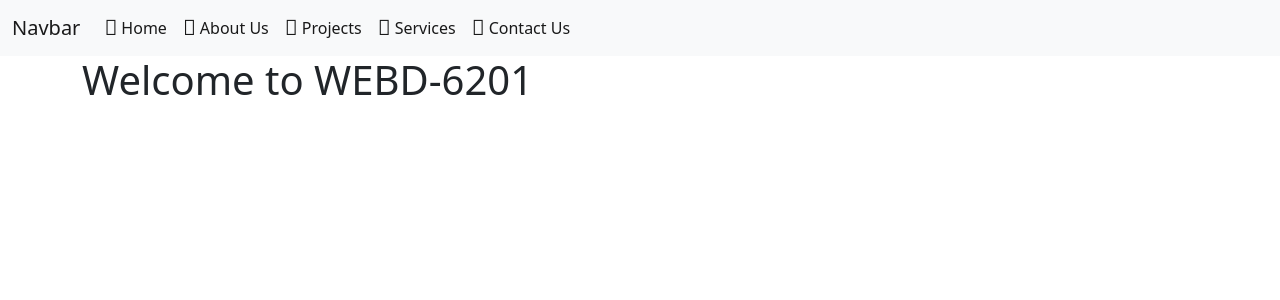
Repository: CKM206/WEBD6201-W2021---ICE1
Page: index.html
These files come from the project's save history. The page is drawn as it stood at one moment and after the next save; the edit follows.
The browser window is 1280 px wide. The pictures show the whole page.

Above is the page before, as saved 2021-01-20 09:10:04.

### index.html
<!DOCTYPE html>
<html lang="en">
<head>
    <meta charset="UTF-8">
    <meta name="viewport" content="width=device-width, initial-scale=1.0">
    <title>WEBD6201 - W2021 - ICE 1</title>
    <!-- CSS Section -->
    <link rel="stylesheet" href="./node_modules/bootstrap/dist/css/bootstrap.min.css">
    <link rel="stylesheet" href="./node_modules/@fortawesome/fontawesome-free/css/fontawesome.min.css">
    <link rel="stylesheet" href="./Content/app.css">
</head>
<body>

    <header>
        <nav class="navbar navbar-expand-lg navbar-light bg-light">
            <div class="container-fluid">
              <a class="navbar-brand" href="#">Navbar</a>
              <button class="navbar-toggler" type="button" data-bs-toggle="collapse" data-bs-target="#navbarSupportedContent" aria-controls="navbarSupportedContent" aria-expanded="false" aria-label="Toggle navigation">
                <span class="navbar-toggler-icon"></span>
              </button>
              <div class="collapse navbar-collapse" id="navbarSupportedContent">
                <ul class="navbar-nav me-auto mb-2 mb-lg-0">
                  <li class="nav-item">
                    <a class="nav-link active" aria-current="page" href="#"><i class="fas fa-home fa-lg"></i> Home</a>
                  </li>
                  <li class="nav-item">
                    <a class="nav-link active" aria-current="page" href="#"><i class="fas fa-info fa-lg"></i> About Us</a>
                  </li>
                  <li class="nav-item">
                    <a class="nav-link active" aria-current="page" href="#"><i class="fas fa-cog fa-lg"></i> Projects</a>
                  </li>
                  <li class="nav-item">
                    <a class="nav-link active" aria-current="page" href="#"><i class="fas fa-map fa-lg"></i> Services</a>
                  </li>
                  <li class="nav-item">
                    <a class="nav-link active" aria-current="page" href="#"><i class="fas fa-phone fa-lg"></i> Contact Us</a>
                  </li>
                </ul>
              </div>
            </div>
          </nav>
    </header>
    <main class="container">
        <h1>Welcome to WEBD-6201</h1>
    </main>

    <footer>

    </footer>

    <!--Script Section-->
    <script src="./node_modules/jquery/dist/jquery.min.js"></script>
    <script src="./node_modules/bootstrap/dist/js/bootstrap.bundle.min.js"></script>
    <script src="./Scripts/app.js"></script>
</body>
</html>

### Content/app.css
/* Custom CSS Here */

### Scripts/app.js
/* Custom Javascript Here */

// IIFE - Immediately Invoked Function Expression (Anonymous Self-Executing Function)
//Acts as a Closure, Limits Scope Leak
(function()
{
    function Start()
    {
        console.log("App Started...");
    }

    window.addEventListener("load", Start);
})();

Loaded but not shown: node_modules/bootstrap/dist/css/bootstrap.min.css (library); node_modules/@fortawesome/fontawesome-free/css/fontawesome.min.css (library); node_modules/jquery/dist/jquery.min.js (library); node_modules/bootstrap/dist/js/bootstrap.bundle.min.js (library)

After the next save:
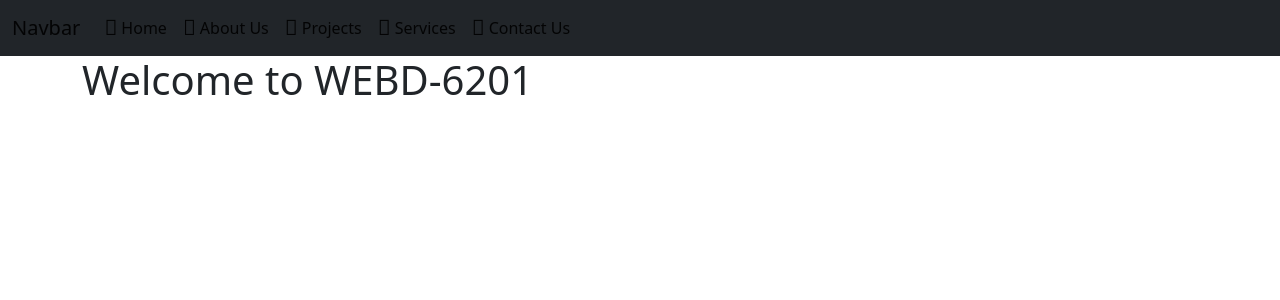
Saved 13 s later.
--- a/index.html
+++ b/index.html
@@ -12,7 +12,7 @@
 <body>
 
     <header>
-        <nav class="navbar navbar-expand-lg navbar-light bg-light">
+        <nav class="navbar navbar-expand-lg navbar-light bg-dark">
             <div class="container-fluid">
               <a class="navbar-brand" href="#">Navbar</a>
               <button class="navbar-toggler" type="button" data-bs-toggle="collapse" data-bs-target="#navbarSupportedContent" aria-controls="navbarSupportedContent" aria-expanded="false" aria-label="Toggle navigation">
